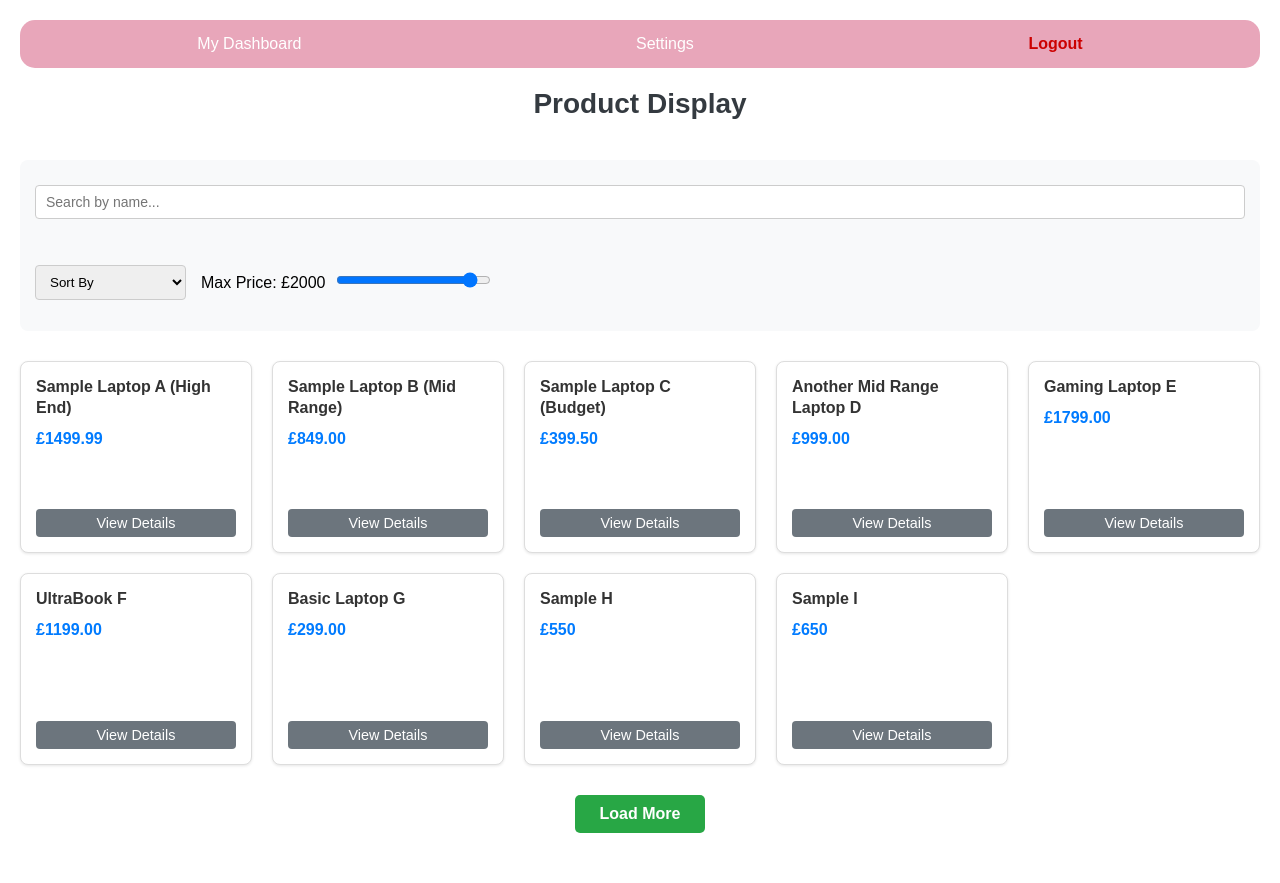
Repository: aab232/https---github.com-aab232-Deferred-Payment-Platform
Page: /main (app in frontend/)
These files come from the project's save history. The page is drawn as it stood at one moment and after the next save; the edit follows.
The browser window is 1280 px wide. The pictures show the whole page.
The project was rebuilt for these pictures with package versions that can differ from the ones it lists, and the page was loaded fresh each time. Also part of the build but not shown: frontend/src/components/Home.js, frontend/src/components/Register.js, frontend/src/components/Login.js, frontend/src/components/BackButton.css, frontend/src/components/BackButton.js, frontend/src/components/Settings.js, frontend/src/components/Privacy.js.

Above is the page before, as saved 2025-04-07 02:32:03.

After the next save:
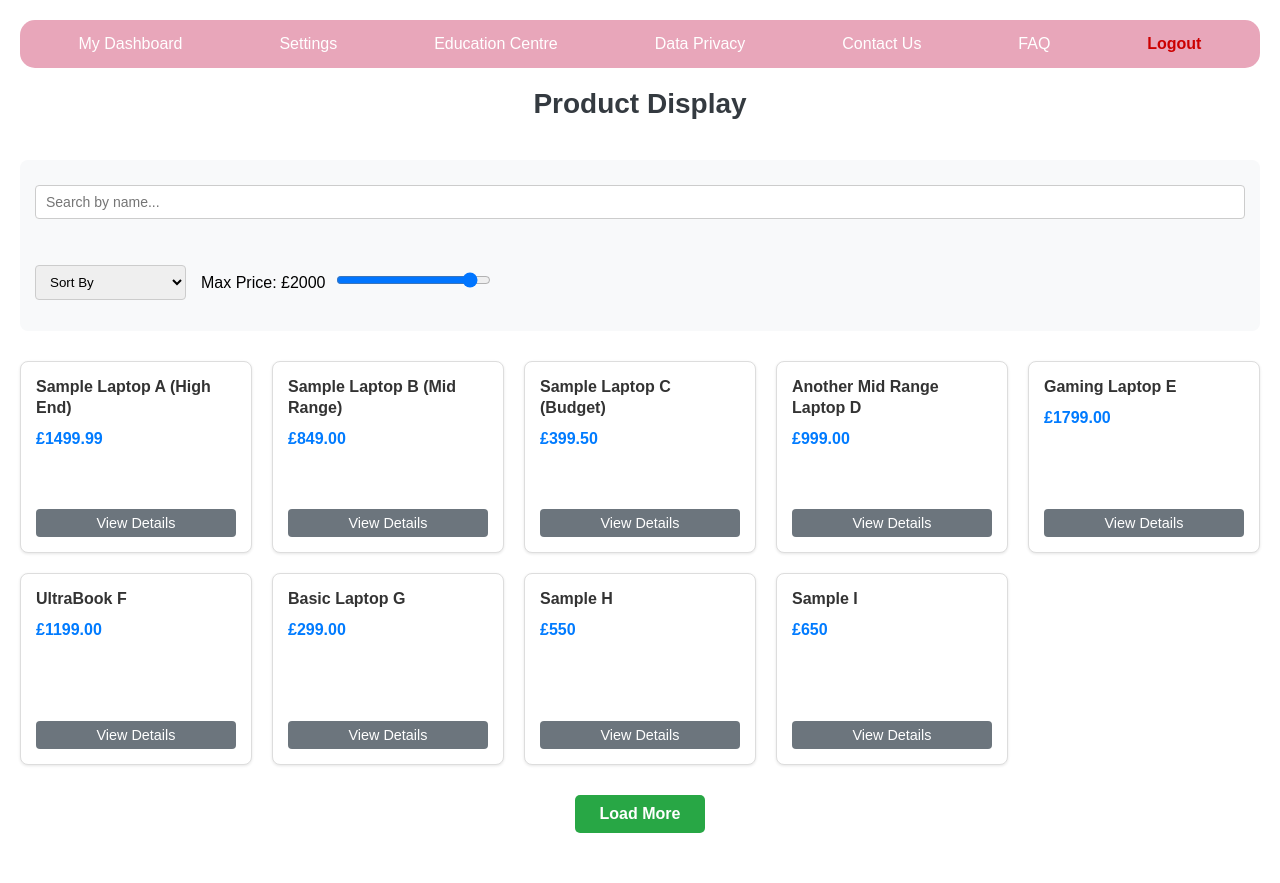
Saved 4 min 34 s later.
--- a/frontend/src/components/Main.js
+++ b/frontend/src/components/Main.js
@@ -110,11 +110,16 @@ const Main = () => {
     // --- Render Logic (Remove Loading/Error sections) ---
     return (
         <div className="main-container">
-            {/* --- Navigation Taskbar (Remains the same) --- */}
-            <nav className="taskbar">
+                        {/* --- Navigation Taskbar --- */}
+                        <nav className="taskbar">
                 <span className="tab" onClick={() => navigate('/dashboard')}>My Dashboard</span>
                 <span className="tab" onClick={() => navigate('/settings')}>Settings</span>
-                {/* ... other tabs ... */}
+                {/* Added back the missing tabs below */}
+                <span className="tab" onClick={() => navigate('/education')}>Education Centre</span>
+                <span className="tab" onClick={() => navigate('/privacy')}>Data Privacy</span>
+                <span className="tab" onClick={() => navigate('/contact')}>Contact Us</span>
+                <span className="tab" onClick={() => navigate('/faq')}>FAQ</span>
+                {/* End of added back tabs */}
                 <span className="tab logout" onClick={() => navigate('/login')}>Logout</span>
             </nav>
 
